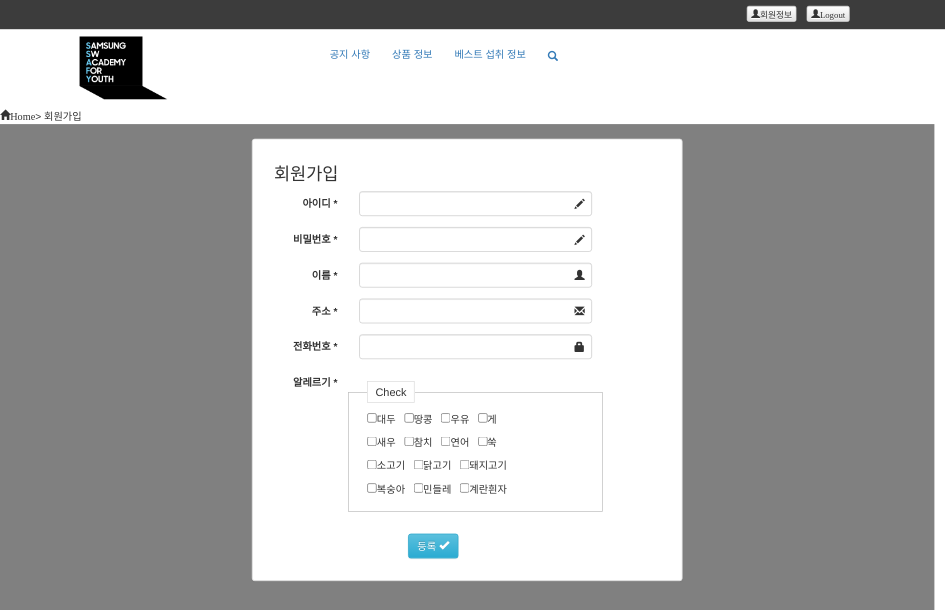
Repository: Seonhanbit/dev
Page: work_frontend/SafeFood_Web_Front_광주_3반_강민준_선한빛/WebContent/page/signup.html
An editor plug-in stored every save of this project. The page is shown before and after the next save, followed by the edit.
The browser window is 1280 px wide. The page is 1295 px wide, so the pictures cover 1295 px, including what lies to the right of the window. The pictures show the whole page, at 73% of full size.

Above is the page before, as saved 2019-09-10 02:13:26.

### work_frontend/SafeFood_Web_Front_광주_3반_강민준_선한빛/WebContent/page/signup.html
<!DOCTYPE html>
<html>
<head>
<meta charset="UTF-8">
<title>Insert title here</title>
<link href="../bootstrap-3.3.2-dist/css/bootstrap.min.css"
	rel="stylesheet">
<link href="../bootstrap-3.3.2-dist/css/bootstrap-theme.min.css"
	rel="stylesheet">

<style>
fieldset {
	width: auto;
	padding: 10px 25px;
	margin: 15px 0px;
	border: 1px solid silver;
	backgroound-color: #fafafa;
}

fieldset legend {
	display: block;
	width: auto;
	padding: 3px 10px;
	margin-bottom: 0;
	font-size: 15px;
	line-height: inherit;
	color: #333333;
	border: 1px solid #ddd;
	background-color: #ffffff;
}
</style>
</head>
<body>
	<!-- Navigation Bar -->
	<div class="container-fluid">
		<div class="row">
			<!-- 로그아웃, 회원정보 -->
			<div class="row" style="background-color: #3C3C3C; height: 40px">
				<div class="col-md-1"></div>
				<div class="col-md-10">
					<button class="btn btn-default btn-xs glyphicon glyphicon-user"
						style="float: right; margin: 7px">Logout</button>
					<button class="btn btn-default btn-xs glyphicon glyphicon-user"
						style="float: right; margin: 7px">회원정보</button>
				</div>
				<div class="col-md-1"></div>
			</div>
		</div>


		<div class="row">
			<!-- 메뉴바 -->
			<div class="row"
				style="background-color: #ffffff; height: 100px; margin-top: 10px;">
				<div class="col-md-1"></div>
				<div class="col-md-3">
					<img src="../img/ssafy.png" width="120px">
				</div>
				<div class="col-md-7" style="text-align: center;">
					<ul class="nav navbar-nav">
						<li><a href="#">공지 사항</a></li>
						<li><a href="#">상품 정보</a></li>
						<li><a href="#">베스트 섭취 정보</a></li>
						<li><a href="#" class="glyphicon glyphicon-search"></a></li>
					</ul>
				</div>
				<div class="col-md-1"></div>
			</div>
		</div>


		<div class="row">
			<ul class="nav navbar-nav" style="float: left">
				<li class="glyphicon glyphicon-home">Home</li>
				<li>> 회원가입</li>
			</ul>
		</div>


		<div class="row" style="background-color: grey;">
			<div class="row" style="margin: 20px;">
				<div class="col-md-3"></div>
				<div class="col-md-6">
					<div class="panel panel-default">
						<div class="panel-body">
							<div class="row">
								<div class="col-md-3" style="text-align: center;">
									<h3>회원가입</h3>
								</div>
								<div class="col-md-7"></div>
								<div class="col-md-2"></div>
							</div>
							<div class="col-sm-10">
								<form class="form-horizontal">
									<div class="form-group has-default has-feedback">
										<label class="control-label col-sm-3">아이디 *</label>
										<div class="col-sm-9">
											<input type="text" class="form-control" id="inputSuccess3"
												aria-describedby="inputSuccess3Status"> <span
												class="glyphicon glyphicon-pencil form-control-feedback"
												aria-hidden="true"></span>
										</div>
									</div>
									<div class="form-group has-default has-feedback">
										<label class="control-label col-sm-3">비밀번호 *</label>
										<div class="col-sm-9">
											<input type="text" class="form-control" id="inputSuccess3"
												aria-describedby="inputSuccess3Status"> <span
												class="glyphicon glyphicon-pencil form-control-feedback"
												aria-hidden="true"></span>
										</div>
									</div>
									<div class="form-group has-default has-feedback">
										<label class="control-label col-sm-3">이름 *</label>
										<div class="col-sm-9">
											<input type="text" class="form-control" id="inputSuccess3"
												aria-describedby="inputSuccess3Status"> <span
												class="glyphicon glyphicon-user form-control-feedback"
												aria-hidden="true"></span>
										</div>
									</div>
									<div class="form-group has-default has-feedback">
										<label class="control-label col-sm-3">주소 *</label>
										<div class="col-sm-9">
											<input type="text" class="form-control" id="inputSuccess3"
												aria-describedby="inputSuccess3Status"> <span
												class="glyphicon glyphicon-envelope form-control-feedback"
												aria-hidden="true"></span>
										</div>
									</div>
									<div class="form-group has-default has-feedback">
										<label class="control-label col-sm-3">전화번호 *</label>
										<div class="col-sm-9">
											<input type="text" class="form-control" id="inputSuccess3"
												aria-describedby="inputSuccess3Status"> <span
												class="glyphicon glyphicon-lock form-control-feedback"
												aria-hidden="true"></span>
										</div>
									</div>
									<div class="form-group has-default has-feedback">
										<label class="control-label col-sm-3">알레르기 *</label>
										<div class="col-sm-9">
											<fieldset class="form-group">
												<legend>Check</legend>
												<p>
													<input type="checkbox" name="대두" value="대두" />대두&nbsp&nbsp
													<input type="checkbox" name="땅콩" value="땅콩" />땅콩&nbsp&nbsp
													<input type="checkbox" name="우유" value="우유" />우유&nbsp&nbsp
													<input type="checkbox" name="게" value="게" />게&nbsp&nbsp
												<p />
												<p>
													<input type="checkbox" name="새우" value="새우" />새우&nbsp&nbsp
													<input type="checkbox" name="참치" value="참치" />참치&nbsp&nbsp
													<input type="checkbox" name="연어" value="연어" />연어&nbsp&nbsp
													<input type="checkbox" name="쑥" value="쑥" />쑥&nbsp&nbsp
												<p />
												<p>
													<input type="checkbox" name="소고기" value="소고기" />소고기&nbsp&nbsp
													<input type="checkbox" name="닭고기" value="닭고기" />닭고기&nbsp&nbsp
													<input type="checkbox" name="돼지고기" value="돼지고기" />돼지고기&nbsp&nbsp
													​ ​
												<p />
												<input type="checkbox" name="복숭아" value="복숭아" />복숭아&nbsp&nbsp
												<input type="checkbox" name="민들레" value="민들레" />민들레&nbsp&nbsp
												<input type="checkbox" name="계란흰자" value="계란흰자" />계란흰자&nbsp&nbsp
											</fieldset>
										</div>
									</div>
									<div class="form-group text-center">
										<button type="button" class="btn btn-info">
											등록 <span class="glyphicon glyphicon-ok" aria-hidden="true"></span>
										</button>
									</div>
								</form>
							</div>
						</div>
					</div>
				</div>
				<div class="col-md-3"></div>
			</div>
		</div>
	</div>
</body>
</html>

Loaded but not shown: work_frontend/SafeFood_Web_Front_광주_3반_강민준_선한빛/WebContent/bootstrap-3.3.2-dist/css/bootstrap.min.css (library); work_frontend/SafeFood_Web_Front_광주_3반_강민준_선한빛/WebContent/bootstrap-3.3.2-dist/css/bootstrap-theme.min.css (library)

After the next save:
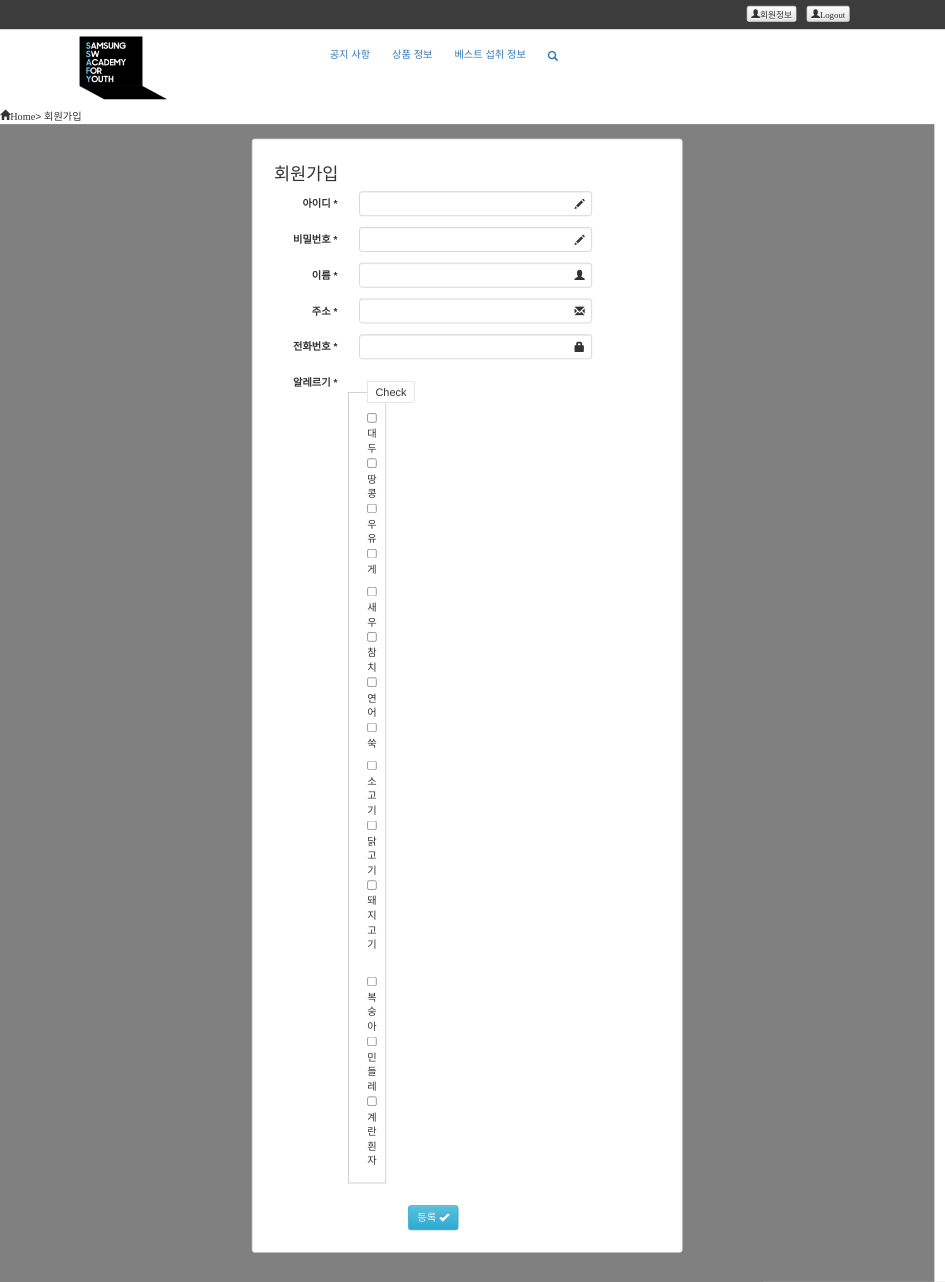
Saved 10 s later.
--- a/work_frontend/SafeFood_Web_Front_광주_3반_강민준_선한빛/WebContent/page/signup.html
+++ b/work_frontend/SafeFood_Web_Front_광주_3반_강민준_선한빛/WebContent/page/signup.html
@@ -10,7 +10,7 @@
 
 <style>
 fieldset {
-	width: auto;
+	width: 40px;
 	padding: 10px 25px;
 	margin: 15px 0px;
 	border: 1px solid silver;

After the save that followed:
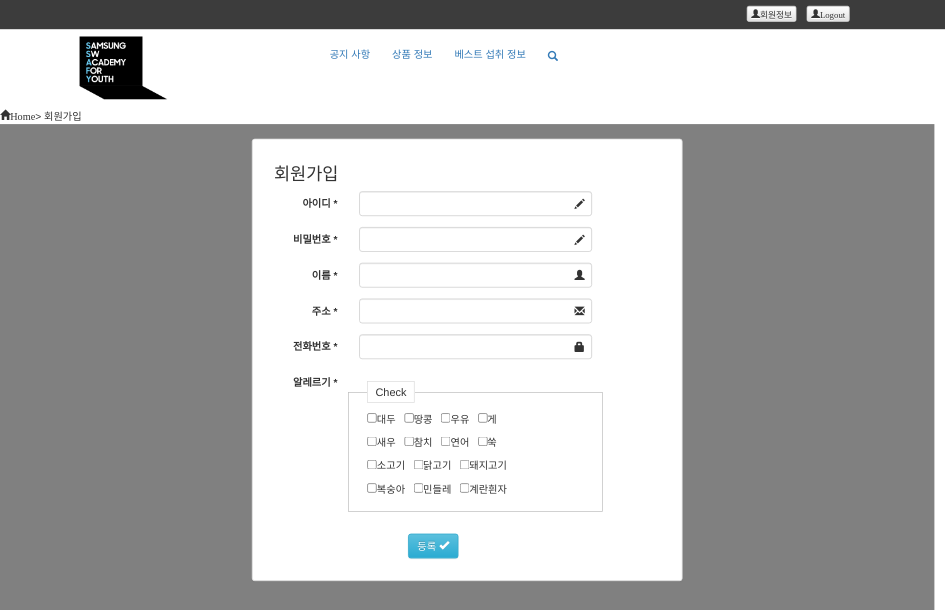
Saved 8 s later.
--- a/work_frontend/SafeFood_Web_Front_광주_3반_강민준_선한빛/WebContent/page/signup.html
+++ b/work_frontend/SafeFood_Web_Front_광주_3반_강민준_선한빛/WebContent/page/signup.html
@@ -10,7 +10,6 @@
 
 <style>
 fieldset {
-	width: 40px;
 	padding: 10px 25px;
 	margin: 15px 0px;
 	border: 1px solid silver;
